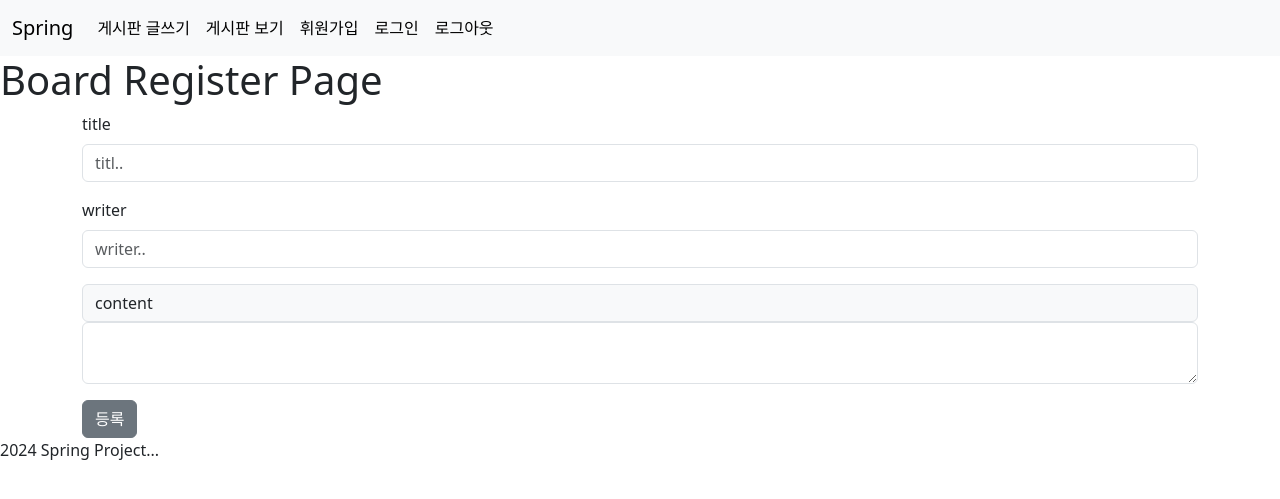
Repository: dlfhrrl12/springtest
Page: http://localhost/spring_study/WEB-INF/views/board/register.jsp
These files come from the project's save history. The page is drawn as it stood at one moment and after the next save; the edit follows.
The browser window is 1280 px wide. The pictures show the whole page.
The page is served by Tomcat 9. Nobody is signed in. The template is opened directly, without the code that normally fills it, so the values that code supplies are empty.

Above is the page before, as saved 2024-04-24 01:11:45.

### spring_study/src/main/webapp/WEB-INF/views/board/register.jsp
<%@ page language="java" contentType="text/html; charset=UTF-8"
    pageEncoding="UTF-8"%>
<jsp:include page="../layout/header.jsp"></jsp:include>
	<h1>Board Register Page</h1>
	<div class="container-md">
		<form action="">
			<div class="mb-3">
		  		<label for="t" class="form-label">title</label>
		  		<input type="text" class="form-control" name="title" id="t" placeholder="titl..">
			</div>
			<div class="mb-3">
		  		<label for="w" class="form-label">writer</label>
		  		<input type="text" class="form-control" name="writer" id="w" placeholder="writer..">
			</div>
			<div class="mb-3">
			  <span class="input-group-text">content</span>
			  <textarea class="form-control" name="content" aria-label="With textarea"></textarea>
			</div>
			<button type="submit" class="btn btn-secondary">등록</button>
		</form>
	</div>

<jsp:include page="../layout/footer.jsp" />

### spring_study/src/main/webapp/WEB-INF/views/layout/header.jsp
<%@ page language="java" contentType="text/html; charset=UTF-8"
    pageEncoding="UTF-8"%>
<!DOCTYPE html>
<html>
<head>
<meta charset="UTF-8">
<title>header.jsp</title>
<link href="https://cdn.jsdelivr.net/npm/bootstrap@5.3.3/dist/css/bootstrap.min.css" rel="stylesheet" integrity="sha384-QWTKZyjpPEjISv5WaRU9OFeRpok6YctnYmDr5pNlyT2bRjXh0JMhjY6hW+ALEwIH" crossorigin="anonymous">
<script src="https://cdn.jsdelivr.net/npm/bootstrap@5.3.3/dist/js/bootstrap.bundle.min.js" integrity="sha384-YvpcrYf0tY3lHB60NNkmXc5s9fDVZLESaAA55NDzOxhy9GkcIdslK1eN7N6jIeHz" crossorigin="anonymous"></script>
</head>
<body>
<nav class="navbar navbar-expand-lg bg-body-tertiary">
  <div class="container-fluid">
    <a class="navbar-brand" href="#">Spring</a>
    <button class="navbar-toggler" type="button" data-bs-toggle="collapse" data-bs-target="#navbarSupportedContent" aria-controls="navbarSupportedContent" aria-expanded="false" aria-label="Toggle navigation">
      <span class="navbar-toggler-icon"></span>
    </button>
    <div class="collapse navbar-collapse" id="navbarSupportedContent">
      <ul class="navbar-nav me-auto mb-2 mb-lg-0">
        <li class="nav-item">
          <a class="nav-link active"  href="/board/register">게시판 글쓰기</a>
        </li>
        <li class="nav-item">
          <a class="nav-link active"  href="#">게시판 보기</a>
        </li>
        <li class="nav-item">
          <a class="nav-link active"  href="#">휘원가입</a>
        </li>
        <li class="nav-item">
          <a class="nav-link active"  href="#">로그인</a>
        </li>
        <li class="nav-item">
          <a class="nav-link active"  href="#">로그아웃</a>
        </li>
    </div>
  </div>
</nav>

### spring_study/src/main/webapp/WEB-INF/views/layout/footer.jsp
<%@ page language="java" contentType="text/html; charset=UTF-8"
    pageEncoding="UTF-8"%>



<div>
	2024 Spring Project...
</div>

</body>
</html>

After the next save:
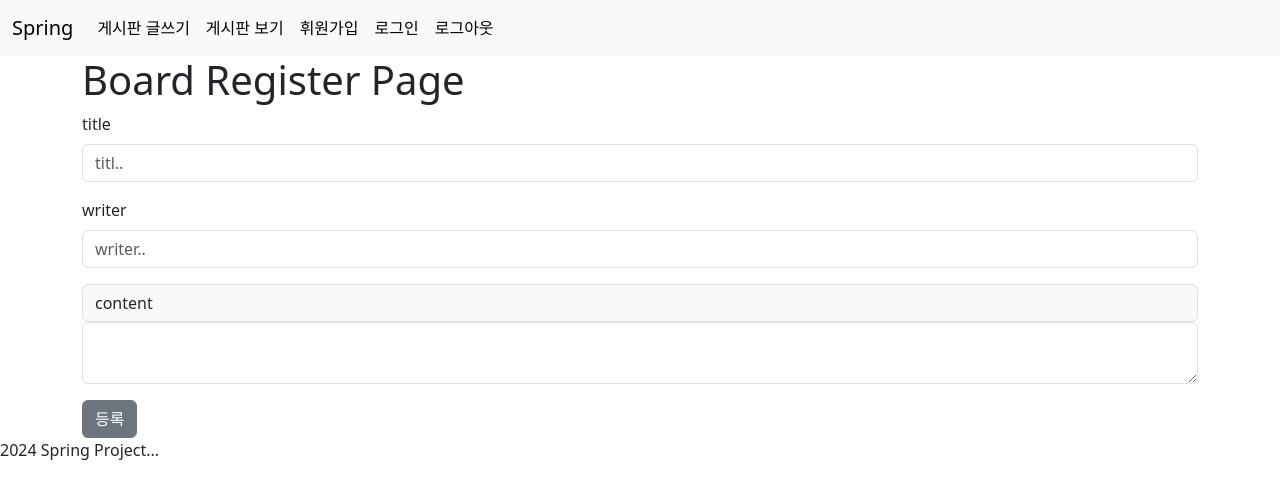
Saved 36 s later.
--- a/spring_study/src/main/webapp/WEB-INF/views/board/register.jsp
+++ b/spring_study/src/main/webapp/WEB-INF/views/board/register.jsp
@@ -1,8 +1,8 @@
 <%@ page language="java" contentType="text/html; charset=UTF-8"
     pageEncoding="UTF-8"%>
 <jsp:include page="../layout/header.jsp"></jsp:include>
+	<div class="container-md">
 	<h1>Board Register Page</h1>
-	<div class="container-md">
 		<form action="">
 			<div class="mb-3">
 		  		<label for="t" class="form-label">title</label>
